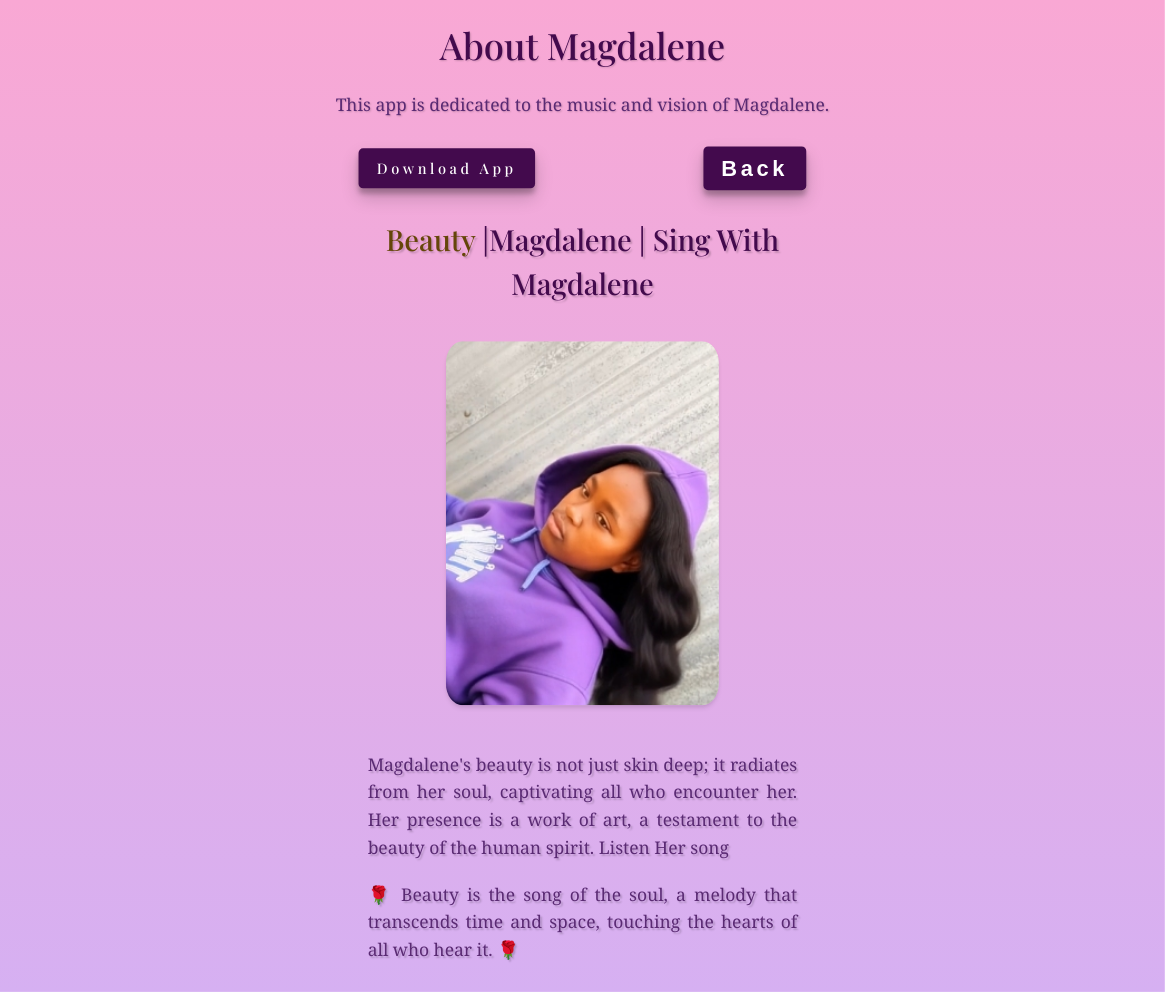
Repository: VladimirGagarin/Meg
Page: /#/about/aboutPerson/Beauty
The author's editor kept a copy of each file at every save. The page is drawn from the files as they stood at one save, then again after the next save.
The browser window is 1280 px wide. The pictures show the whole page, at 91% of full size.
The project was rebuilt for these pictures with package versions that can differ from the ones it lists, and the page was loaded fresh each time. Also part of the build but not shown: vite.config.js, src/App.jsx, src/components/SongCard.css, src/components/SongCard.jsx, src/pages/HomeScreen.css, src/pages/HomeScreen.jsx, src/components/Controls.jsx, src/pages/SongScreen.css and 7 more. Imported but missing from the stored project, and not drawn on this page: src/assets/audios/Ember2.mp3, src/assets/audios/Empress.mp3, src/assets/audios/Fiesta.mp3, src/assets/audios/Fight_song.mp3, src/assets/audios/Furaha_Yangu.mp3, src/assets/audios/IamMagdalene.mp3, src/assets/audios/The beginning.mp3, src/assets/audios/anthem.mp3 and 35 more.

Above is the page before, as saved 2025-07-23 16:09:54.

### index.html
<!doctype html>
<html lang="en">
  <head>
    <meta charset="UTF-8" />
    <link rel="icon" type="image/jpeg" href="/quuen.jpeg" />
    <meta name="viewport" content="width=device-width, initial-scale=1.0" />
    <link href="https://fonts.googleapis.com/css2?family=Playfair+Display:wght@500&display=swap" rel="stylesheet">
    <link rel="sitemap" type="application/xml" title="Sitemap" href="/sitemap.xml" />

<!-- Open Graph (Facebook, LinkedIn, etc.) -->
<meta property="og:title" content="Sing with Magdalene" />
<meta property="og:description" content="Sing With Magdalene - A magical, lyrical experience dedicated to Magdalene. Sing, dream, and believe again. She sings. We follow. We cherish. An epic song experience awaits you. starts with anthem: https://vladimirgagarin.github.io/Meg/#/song/anthem_song" />
<meta property="og:image" content="https://vladimirgagarin.github.io/projectMeg/quuen.jpeg" />
<meta property="og:url" content="https://vladimirgagarin.github.io/Meg/" />
<meta property="og:type" content="website" />

<!-- Twitter Card -->
<meta name="twitter:card" content="summary_large_image" />
<meta name="twitter:title" content="Sing with Magdalene" />
<meta name="twitter:description" content="Sing With Magdalene - A magical, lyrical experience dedicated to Magdalene. Sing, dream, and believe again. She sings. We follow. We cherish. An epic song experience awaits you. starts with anthem: https://vladimirgagarin.github.io/Meg/#/song/anthem_song" />
<meta name="twitter:image" content="https://vladimirgagarin.github.io/projectMeg/quuen.jpeg" />


    <title>Sing with Magdalene</title>
    <meta name="description" content="Sing With Magdalene - A magical, lyrical experience dedicated to Magdalene. Sing, dream, and believe again." />
    <meta name="keywords" content="Magdalene, Magdalena, Sing With Magdalena, Sing With Magdalene, SWM, Magdalene Songs, AI music, epic choir experience, lyrical site, poetic songs, spiritual music, cinematic music website, song lyrics site, singwithmagdalene.com, Suno songs, fairy music, Magdalene karaoke, TSFH-inspired music, cinematic pop, Hindi songs, Spanish songs, canciones espirituales, canciones de Magdalena, canciones de fe, canciones en español, भक्ति गीत, हिंदी गाने, Magdalene bhakti, soulful music, angelic vocals, magical ballads, vocal harmonies, female vocal songs, song subtitle site, multilingual music site, soundtrack-inspired songs, Ellie Goulding style, Disney ballads, orchestral AI music, fantasy music site, emotional songs, cinematic lyrics, spiritual anthems, swm, magic, Meg, meg, sing along">
    <meta name="google-site-verification" content="G38wkud9N8EYugqCTvPyHwDP0Vjh_ISp-EBNC8nk90U" />
    <meta name="msvalidate.01" content="771FC552FAC3CA83CF49F6EF57FD68BD" />

    <!-- Google tag (gtag.js) -->
    <script async src="https://www.googletagmanager.com/gtag/js?id=G-6Q2W67HD83"></script>
    <script>
      window.dataLayer = window.dataLayer || [];
      function gtag(){dataLayer.push(arguments);}
      gtag('js', new Date());

      gtag('config', 'G-6Q2W67HD83');
    </script>

  </head>
<script type="application/ld+json">
{
  "@context": "https://schema.org",
  "@type": "MusicRecording",
  "name": "Anthem Song",
  "url": "https://vladimirgagarin.github.io/Meg/#/song/anthem_song",
  "inAlbum": {
    "@type": "MusicAlbum",
    "name": "Sing with Magdalene"
  },
  "byArtist": {
    "@type": "MusicGroup",
    "name": "Magdalene Collective"
  },
  "description": "A cinematic anthem from 'Sing with Magdalene' – uplifting, emotional, and deeply moving.",
  "audio": {
    "@type": "AudioObject",
    "url": "https://vladimirgagarin.github.io/Meg/#/song/anthem_song",
    "encodingFormat": "audio/mpeg"
  },
  "potentialAction": {
    "@type": "ListenAction",
    "target": {
      "@type": "EntryPoint",
      "urlTemplate": "https://vladimirgagarin.github.io/Meg/#/song/anthem_song"
    }
  }
}
</script>


  <body>
    <div id="root"></div>
    <script type="module" src="/src/main.jsx"></script>
  </body>
</html>

### src/main.jsx
import { StrictMode } from "react";
import { createRoot } from "react-dom/client";
import "./index.css";
import App from "./App.jsx";
import HomeScreen from "./pages/HomeScreen.jsx";
import SongScreen from "./pages/SongScreen.jsx";
import QuoteScreen from "./pages/Quotes.jsx";
import OfflinePage from "./pages/Offline.jsx";
import Playlist from "./pages/Playlist.jsx";
import AboutScreen from "./pages/AboutScreen.jsx";
import AboutPerson from "./pages/AboutPerson.jsx";
import AboutPage from "./pages/AboutPage.jsx";
import { createHashRouter, RouterProvider } from "react-router-dom";

// ✅ Use createHashRouter (no more 404s on GitHub Pages)
const routes = createHashRouter([
  {
    path: "/",
    element: <App />, // Your main layout with <Outlet />
    children: [
      { index: true, element: <HomeScreen /> },
      { path: "song/:id", element: <SongScreen /> },
      { path: "magdalene_quotes", element: <QuoteScreen /> },
      { path: "offline", element: <OfflinePage /> },
      { path: "playlist/:songId", element: <Playlist /> },
      { path: "playlist", element: <Playlist /> },
      {path: "song/", element:<Playlist/>}
    ],
  },
  {
    path: "/about",
    element:<AboutScreen />, // Your About layout with <Outlet />
    children: [
      { index: true, element: <AboutPage /> },
      { path: "aboutPerson/:character", element: <AboutPerson /> },

    ]
  },
  {
    path: "*",
    element: <App />, // fallback route
  },
]);

createRoot(document.getElementById("root")).render(
  <StrictMode>
    <RouterProvider router={routes} />
  </StrictMode>
);

### src/index.css
:root {
  font-family: system-ui, Avenir, Helvetica, Arial, sans-serif;
  line-height: 1.5;
  font-weight: 400;

  font-synthesis: none;
  text-rendering: optimizeLegibility;
  -webkit-font-smoothing: antialiased;
  -moz-osx-font-smoothing: grayscale;
}

body {
  margin: 0;
  display: flex;
  place-items: center;
  min-height: 100vh;
  width: 100%;
  font-family: 'Playfair Display', serif;
  padding: 0;

}

### src/pages/AboutScreen.jsx
import React from "react";
import { Outlet, Link,  useNavigate, useLocation} from "react-router-dom";
import { useEffect, useState } from "react";
import './About.css';

export default function AboutScreen() {
    const navigate = useNavigate();
    const location = useLocation();
    const isInAboutPersonScreen = location.pathname.includes("aboutPerson");

    const [online, setOnline] = useState(navigator.onLine);

  useEffect(() => {
    const updateOnlineStatus = () => {
      const isOnline = navigator.onLine;
      setOnline(isOnline);
      if (!isOnline) navigate("/offline");
    };

    window.addEventListener("online", updateOnlineStatus);
    window.addEventListener("offline", updateOnlineStatus);

    // Initial check
    updateOnlineStatus();

    return () => {
      window.removeEventListener("online", updateOnlineStatus);
      window.removeEventListener("offline", updateOnlineStatus);
    };
  }, [navigate]);

  const handleBack = () => {
  if (location.key !== "default") {
    // There is navigable history
    navigate(-1);
  } else {
    // No React Router history, go to /about
    navigate("/about");
  }
};



  if (!online) {
    return (
      <div className="offline-message">
        <h2>You are offline.</h2>
        <p>Please reconnect to view About Magdalene.</p>
      </div>
    );
  }


  return (
    <div className="about-screen">
      <h1>About Magdalene</h1>
      <p>This app is dedicated to the music and vision of Magdalene.</p>
      <div className="links">
        <a
          href="https://github.com/VladimirGagarin/roses-of-rome/releases/download/v.1.0.1/application-490c4c6a-8b27-4c78-a6c7-884413dabbfb.apk"
          className="apk-download"
          download
          target="_blank"
          rel="noopener noreferrer"
        >
          Download App
        </a>

        {isInAboutPersonScreen ? (
                <button className="apk-download" onClick={handleBack}>  Back </button>
        ) : (
          <Link to="/" className="apk-download">
            Home
          </Link>
        )}
      </div>
      <Outlet />
    </div>
  );
}

### src/pages/AboutPerson.jsx
import { useParams , useNavigate} from "react-router-dom";
import { AboutInfoList } from "../components/SongDetails";

export default function AboutPerson() {
    const { character } = useParams(); // use correct param name
    const navigate = useNavigate();

  const personInfo = AboutInfoList.find(
    (info) => info.character === character // no need to parseInt
    );

    const navigations = (url) => {
    if (url) {
      navigate(url);
    } else {
      navigate("/about");
    }
  };

  return (
    <div className="about-person">
      <h1>
        <span className="about-character">{personInfo.character}</span>{" "}
        |Magdalene | Sing With Magdalene
      </h1>
      <img
        src={personInfo.photo}
        alt={personInfo.character}
        className="about-photo"
      />
      <div className="about-details">
        <p>
          {personInfo.aboutTrait}{" "}
          <span onClick={() => navigations(personInfo.preferedSongId)} className="listen-song-link">
            Listen Her song
          </span>
        </p>
        <p>
          {personInfo.icon} {personInfo.sentiment} {personInfo.icon}
        </p>
      </div>
    </div>
  );
}

### src/App.css
#root {
  width: 100%;
  min-height: 100vh;
  background: linear-gradient(to bottom, #f9a8d4, #d6b0f2);
  margin: 0;
  box-sizing: border-box;
  padding: 0;
}

/* App.css */

.fairy-shell {
  min-height: 100vh;
  background: url('/bg.jpg') center center / cover no-repeat fixed;
  display: flex;
  flex-direction: column;
  align-items: center;
  padding: 2rem;
  font-family: "Papyrus", "Cursive", serif;
  color: #5a2a73;

  position: relative;
  overflow-x: hidden;
  width: 95%;
}

.fairy-shell h1 {
  text-shadow: 1px 1px 2px #00000030;
}

.slogan {
  font-family: "Georgia", serif;
  font-style: italic;
  font-size: 1.2rem;
  color: #5a2a73; /* soft pastel or angelic shade */
  text-shadow: 1px 1px 2px #00000030;
  margin-top: -10px;
  margin-bottom: 20px;
  animation: fadeInUp 1s ease-out;
}

.fairy-shell h1 {
  font-size: 2.3rem;
  margin-bottom: 2rem;
  text-align: center;
  color: #683978;
 box-shadow: rgba(14, 30, 37, 0.12) 0px 2px 4px 0px, rgba(14, 30, 37, 0.32) 0px 2px 16px 0px;
  position: relative;
  font-family:'Times New Roman', Times, serif;
  font-weight: bolder;
  padding: 10px 20px;
}
.apk-download {
  display: block;
  margin: 10px;
  padding: 10px 20px;
  background-color: #430a4d;
  color: #ffffff;
  text-decoration: none;
  font-weight: bold;
  letter-spacing: 4px;
  border-radius: 5px;
  box-shadow: rgba(0, 0, 0, 0.19) 0px 10px 20px, rgba(0, 0, 0, 0.23) 0px 6px 6px;
  transition: background-color 0.3s ease;
}

.apk-download:hover {
  text-decoration: underline;
}

.logo-img {
  animation: fadeIn 1.2s ease-in-out forwards;
  opacity: 0;
}

@keyframes fadeIn {
  to {
    opacity: 1;
  }
}

.links {
  width: 40%;
  display: flex;
  flex-direction: row;
  justify-content: space-between;
  align-items:center;
}

.offline-warning {
  background-color: #ffe4ec; /* soft pink */
  color: #a33a5f; /* muted deep pink text */
  padding: 1rem;
  border: 1px solid #f4c6d8;
  border-radius: 10px;
  font-weight: 500;
  margin: 1rem auto;
  text-align: center;
  max-width: 90%;
 box-shadow: rgba(0, 0, 0, 0.19) 0px 10px 20px, rgba(0, 0, 0, 0.23) 0px 6px 6px;
}

.animate-charcter
{
    text-transform: uppercase;
  background-image: linear-gradient(
  135deg,
  #bf03f3 0%,     /* white */
  #9a08a7 25%,     /* soft golden */
  #27123f 50%,     /* coral-peach */
  #6b6eff 75%,     /* pink-magenta */
  #3d3aee 100%     /* rich violet */
);

  background-size: 200% auto;
  color: #fff;
  -webkit-background-clip:text;
  background-clip: text;
  -webkit-text-fill-color: transparent;

  animation: textclip 5s linear infinite;
  display: inline-block;
  font-size: 5rem; /* or 190px if you want it huge */
  text-align: center;
  text-shadow: 2px 2px 3px rgba(30, 0, 45, 0.3);

}

@keyframes textclip {
  to {
    background-position: -200% center;
  }
}

.nav-links {
  width: 40%;
  display: flex;
  flex-direction: row;
  justify-content: space-between;
  align-items: center;
  gap: 10px;
  margin-top: 20px;
}

.nav-link {
  display: inline-flex;
  align-items: center;
  gap: 8px;
  padding: 8px 16px;
  border-radius: 4px;
  background-color: #05377d;
  color: #fff;
  text-decoration: none;
  font-weight: 500;
  transition: all 0.2s ease;
  margin: 10px 0;
  box-shadow: rgba(0, 0, 0, 0.19) 0px 10px 20px, rgba(0, 0, 0, 0.23) 0px 6px 6px;
}

.nav-link:hover {
  background-color: #11baf7;
  transform: translateY(-1px);
}

.icon {
  font-size: 0.9em;
}

.logo-link {
  text-decoration: none;
  color: inherit;
  display: flex;
  flex-direction: column;
  align-items: center;
  justify-content: center;
  transition: transform 0.2s ease;
  color: #5a2a73;
  font-weight: bold;
  font-family: "Georgia", serif;
  text-align: center;
  font-size: 1.2rem;
}
.logo-img {
  width: 100%;

  height: auto;

  margin: 20px 0;
  padding: 10px;
  border-radius: 10px;

  transition: transform 0.3s ease;
}
.logo-img:hover {
  transform: scale(1.05);
}


@media (max-width: 800px) {
  #root {
    padding: 0; /* Add some horizontal padding */
    background: linear-gradient(to bottom, #f9a8d4, #d6b0f2);
  }

  .fairy-shell {
    width: 100%; /* Full width on small screens */
    padding: 0; /* Reduce padding */
    margin: 0;
    font-size: 1rem; /* Adjust base font size if needed */
  }

  .fairy-shell h1 {
    font-size: 1.6rem; /* Smaller heading for mobile */
    margin-bottom: 1.5rem;
    min-width: 80%;
    text-align: center;
    color: #683978;
    text-shadow: 1px 1px 4px rgba(255, 255, 255, 0.7);
  }

  .logo-img {
    width: 90%;
    height: auto;
    background:#2d0733a7;
    margin: 20px 0;
    padding: 10px 20px;
      box-shadow: rgba(0, 0, 0, 0.19) 0px 10px 20px, rgba(0, 0, 0, 0.23) 0px 6px 6px;
  }

  .links {
  width: 100%;
  padding: 0 10px;
  justify-content: center;
}
.apk-download{
  padding: 5px;
  letter-spacing: 1px;
  text-align: center;
}
.animate-character{
  font-size: 8em;
}
.nav-links{
  width: 100%;
  justify-content: space-around;
  align-items: center;
}
}

### src/pages/Playlist.css
.playlist-container {
  padding: 20px;
  background: transparent;
  width: 40%;
}

.song-item {
   display: flex;
  align-items: center;
  padding:10px;
  border-radius:0;
  width: 95%;
  height: 10vh;
  gap:0;
  margin: 0;
  box-shadow: none;
  background-color:#f3a0cc82;
  border: 1px solid #000;
  position: relative;
}

.song-item.active {

  background-color:#7f3fa8cb;
  color:#fff0fa
}

 .song-item.active  .song-titles, .song-item.active .play-btn, .song-item.active .loop-btn{
    color:#fff0fa
  }
  .song-item.active .progress-bar, .song-item.active .progress {
   background-color:#fff0fa;
  }

.song-titles {
  flex: 1;
  font-size: 1.2rem;
  color: #330035;
}

button {
  background: none;
  border: none;
  font-size: 1.5rem;
  cursor: pointer;
}

.song-item.active button{
    color:#fff5f7
}


.song-item.active button.active{
    color:#FDD700;
}


.loop-on {
  color: #ff1493;
}

.progress-container {
  position: absolute;
  bottom: 5px;
  left: 0;
  right: 0;
  height: 10px;
  padding: 0;
  background: rgba(45, 10, 77, 0.1);
  border-radius: 0 0 10px 10px;
  overflow: hidden;
   display: flex;
  justify-content: flex-start;
  align-items:center;
}

.progress-bar {
  width: 100%;
  height: 100%;
  background: #984f9f;
  border-radius: 5px;
  margin-top: 5px;
  overflow: hidden;

}

.progress {
  height: 100%;
  background: #e60073;
  transition: width 0.2s ease;
}

/* Error overlay styles */
.error-overlay {
  position: fixed;
  top: 0;
  left: 0;
  right: 0;
  bottom: 0;
  background: rgba(0, 0, 0, 0.7);
  display: flex;
  justify-content: center;
  align-items: center;
  z-index: 1000;
}

.error-modal {
  background: #f3a0ccc6;
  padding: 25px;
  border-radius: 10px;
  max-width: 600px;
  width: 90%;
  position: relative;
  box-shadow: 0 4px 20px rgba(0, 0, 0, 0.2);
  color: #2d0a4d;
}

.close-error {
  position: absolute;
  top: 10px;
  right: 10px;
  background: transparent;
  border: none;
  color: #2d0a4d;
  cursor: pointer;
  font-size: 18px;
}

.error-actions {
  display: flex;
  justify-content: space-between;
  margin-top: 20px;
  gap: 10px;
}

.error-actions button {
  flex: 1;
  padding: 8px 12px;
  border: none;
  border-radius: 5px;
  background: #2d0a4d;
  color: white;
  cursor: pointer;
  transition: all 0.2s;
}

.error-actions button:hover {
  background: #3d0f63;
  transform: translateY(-1px);
}



.loop-button {
  transition: all 0.2s ease;
}

.loop-button.active {
  color: #FDD700; /* Your accent color */
}

.fancy-error {
   background: #f3a0ccc6;
  border-radius: 1rem;
  padding: 2rem;
  box-shadow: 0 0 20px rgba(0,0,0,0.1);
  font-family: 'Playfair Display', serif;
  text-align: center;
  animation: fadeInUp 0.5s ease-out;
}

.fancy-error h3 {
  font-size: 1.8rem;
  color: #c0392b;
}

.error-subtext {
  color: #3d0f63;
  font-style: italic;
  margin-bottom: 1rem;
}



.error-actions button:hover {
  background-color: #27ae60;
}

@keyframes fadeInUp {
  from {
    transform: translateY(40px);
    opacity: 0;
  }
  to {
    transform: translateY(0);
    opacity: 1;
  }
}


/* Responsive for 768px and up */
@media (max-width: 800px) {
  .playlist-container {
  padding: 10px;
  background: transparent;
  width: 100%;
}

.song-item {
  display: flex;
  align-items: center;
  padding:0;
  border-radius:0;
  width: 99%;
  min-height: 15vh;
  gap:0;
  margin: 0;
  box-shadow: none;
  background-color:#f3a0cc82;
  border: 1px solid #000;
  position: relative;
}

.song-item.active {

  background-color:#7f3fa8cb;
  color:#fff0fa
}

  .song-titles {
    font-size: 1.3rem;
  }

  .song-item.active  .song-titles, .song-item.active .play-btn, .song-item.active .loop-btn{
    color:#fff0fa
  }

  .play-btn,
  .loop-btn {
    font-size: 1.5rem;
     color:#fff0fa
  }

  .song-item.active .progress-bar, .song-item.active .progress {
   background-color:#fff0fa;
  }

  .progress-bar{
    margin-top: 30px;
    width: 95%;
  }
  .error-actions button {
  font-size: 1.3rem;
  padding: 8px;
  border: none;
  border-radius: 5px;
  background: #2d0a4d;
  color: white;
  cursor: pointer;
  transition: all 0.2s;
}
}

### src/pages/About.css
.about-screen {
  width: 100%;
  display: flex;
  flex-direction: column;
  align-items: center;
  padding: 0;
  background-color: transparent;
  min-height: 100vh;
}

.about-screen h1 {
  color: #430a4d;
  font-family: "Playfair Display", serif;
  font-size: 2.5rem;
  margin: 20px 0;
  text-align: center;
  text-shadow: 1px 1px 2px #00000030;
  font-weight: bold;
}

.about-screen p {
  color: #5a2a73;
  font-family: "Georgia", serif;
  font-size: 1.2rem;
  line-height: 1.6;
  max-width: 800px;
  text-align: center;
  margin: 0 auto 20px auto;
  padding: 0 20px;
  text-shadow: 1px 1px 2px #00000030;
}

.apk-download {
  display: block;
  margin: 10px;
  padding: 10px 20px;
  background-color: #430a4d;
  color: #ffffff;
  text-decoration: none;
  font-weight: bold;
  letter-spacing: 4px;
  border-radius: 5px;
  box-shadow: rgba(0, 0, 0, 0.19) 0px 10px 20px, rgba(0, 0, 0, 0.23) 0px 6px 6px;
  transition: background-color 0.3s ease;
}

.apk-download:hover {
  text-decoration: underline;
}

.about-page {
  width: 100%;
  display: grid;
  grid-template-columns: repeat(auto-fit, minmax(300px, 1fr));
  gap: 10px;
  padding: 20px 10px;
  background-color: transparent;
  min-height: 100vh;
  align-items: start;
  justify-items: center;
}

.about-link {
  flex: 1;
  text-decoration: none;
  color: inherit;
  display: flex;
  flex-direction: column;
  align-items: center;
  justify-content: center;
  transition: transform 0.2s ease;
  color: #5a2a73;
  font-weight: bold;
  font-family: "Georgia", serif;
  text-align: center;
  font-size: 1.2rem;
}

.about-card {
  background-color: #fefefe5b;
  border: 1px solid #ddd;
  border-radius: 10px;
  padding: 0;
  text-align: center;
  box-shadow: rgba(0, 0, 0, 0.1) 0px 4px 6px -1px,
    rgba(0, 0, 0, 0.06) 0px 2px 4px -1px;
  transition: transform 0.2s ease;
  position: relative;
}

.about-card img {
  width: 100%;
  height: 100%;
  object-fit: cover;
}

.about-card .about-icon {
  width: 75px;
  height: 75px;
  position: absolute;
  top: 10px;
  left: 10px;
  z-index: 1;
  border-radius: 50%;
  display: flex;
  align-items: center;
  justify-content: center;

  background-color: transparent;
  box-shadow: rgba(67, 66, 66, 0.1) 0px 4px 6px -1px,
    rgba(0, 0, 0, 0.06) 0px 2px 4px -1px;
}

.about-card h3 {
    position: absolute;
    bottom: 10px;
    left: 10px;
    z-index: 1;
    color: #430a4d;
    text-shadow: 5px 1px 2px #00000030;

}

.about-card:hover {
  opacity: 0.9;
}

/*About person page*/

.about-person {
  width: 40%;
  display: flex;
  flex-direction: column;
  align-items: center;
  justify-content: flex-start;
  padding: 0;
  background-color: transparent;
  min-height: 100vh;
}

.about-person h1 {
  color: #430a4d;
  font-family: "Playfair Display", serif;
  font-size: 2rem;
  margin: 20px 0;
  text-align: center;
  text-shadow: 2px 2px 2px #00000030;
  font-weight: bold;
}
.about-person p {
  color: #5a2a73;
  font-family: "Georgia", serif;
  font-size: 1.2rem;
  line-height: 1.6;
  max-width: 800px;
  text-align: center;
  margin: 0 auto 20px auto;
  padding: 0 20px;
  text-shadow: 2px 2px 2px #00000030; /*subtle shadow*/
}

.about-character {
  color: rgb(101, 69, 9);
}

.about-photo{
    width: 300px;
    height: 400px;
    border-radius: 6%;
    box-shadow: rgba(0, 0, 0, 0.1) 0px 4px 6px -1px,
    rgba(0, 0, 0, 0.06) 0px 2px 4px -1px;
    margin: 20px 0;
    object-fit: cover;
    image-rendering: auto;
    transition: transform 0.2s ease;
}

.about-details {
  width: 100%;
  display: flex;
  flex-direction: column;
  align-items: center;
  justify-content: center;
  padding: 20px;
  background-color: transparent;
}
.about-details p{
    text-align: justify;
    margin: 10px 0;
}

.listen-song-link{

}

@media (max-width: 800px) {
    .about-screen{
    width: 98%;
    }
  .about-page {
    grid-template-columns: 1fr;
    width: 100%;
    padding: 10px ;
  }
  .about-person {
    width: 100%;
  }
  .about-screen h1 {
    font-size: 1.4rem;
  }
  .about-screen p {
    font-size: 1rem;
  }
}

Loaded but not shown: src/components/SongData.js (library); src/components/SongDetails.js (572 lines, source omitted)

After the next save:
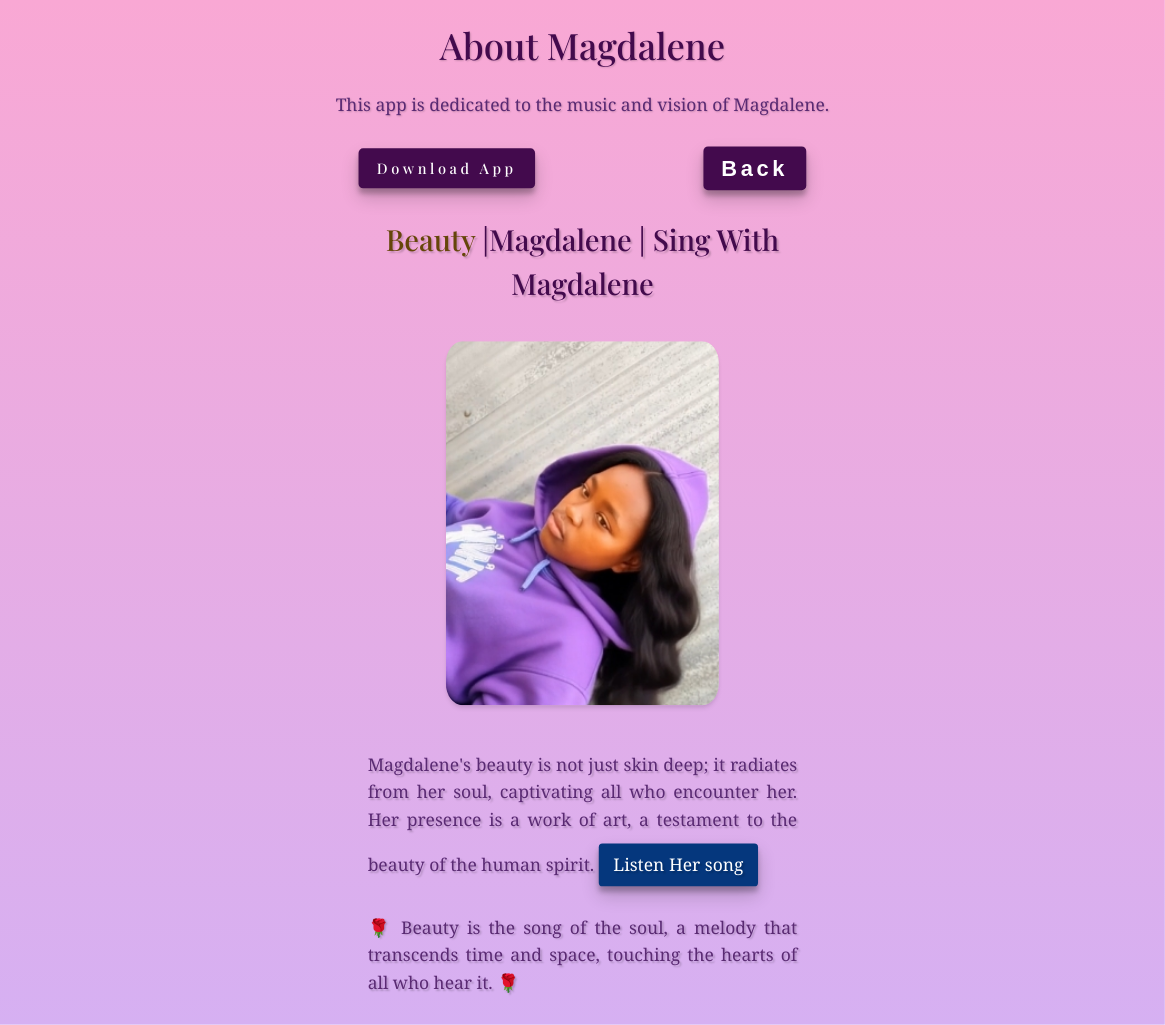
Saved 15 s later.
--- a/src/pages/About.css
+++ b/src/pages/About.css
@@ -190,7 +190,18 @@
 }
 
 .listen-song-link{
-
+    display: inline-flex;
+    align-items: center;
+    gap: 8px;
+    padding: 8px 16px;
+    border-radius: 4px;
+    background-color: #05377d;
+    color: #fff;
+    text-decoration: none;
+    font-weight: 500;
+    transition: all 0.2s ease;
+    margin: 10px 0;
+    box-shadow: rgba(0, 0, 0, 0.19) 0px 10px 20px, rgba(0, 0, 0, 0.23) 0px 6px 6px;
 }
 
 @media (max-width: 800px) {
